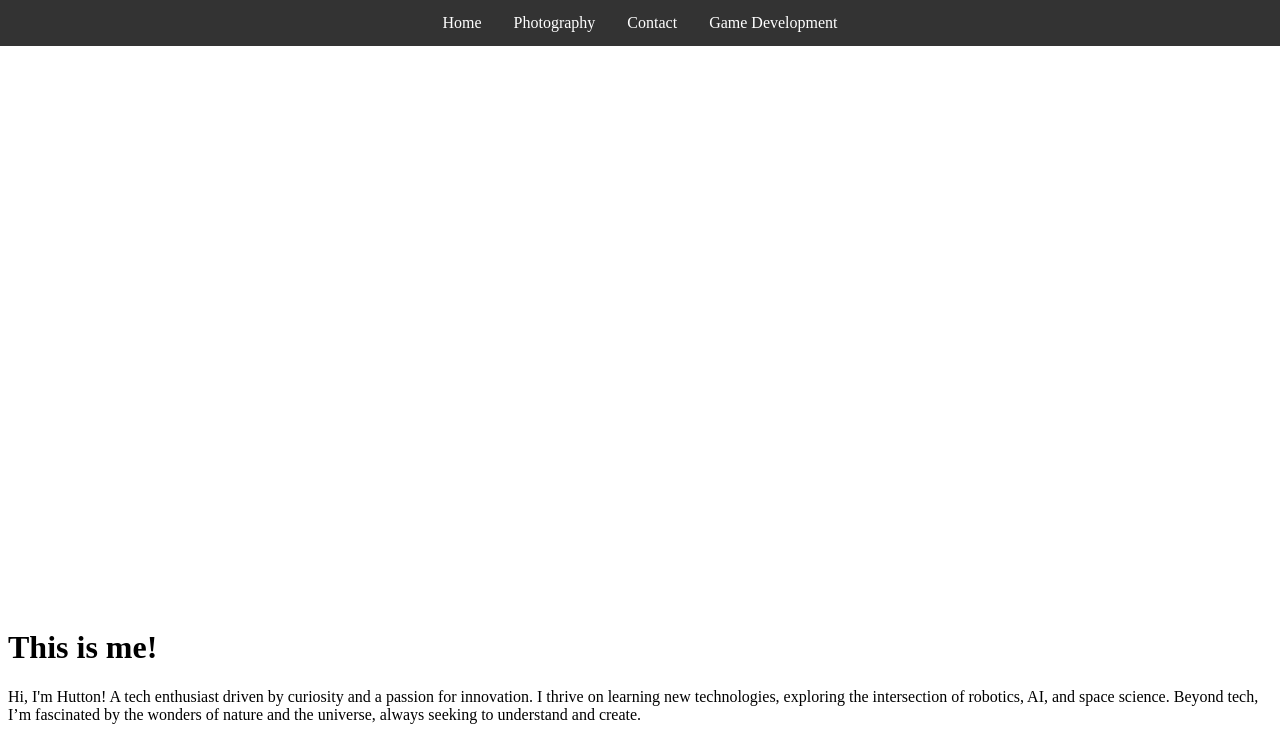
Repository: Argivist/ArgPortfolio
Page: index.html
The author's editor kept a copy of each file at every save. The page is drawn from the files as they stood at one save, then again after the next save.
The browser window is 1280 px wide. The pictures show the whole page.

Above is the page before, as saved 2025-03-28 15:12:07.

### index.html
<!DOCTYPE html>
<html lang="en">

<head>
    <meta charset="UTF-8">
    <meta name="viewport" content="width=device-width, initial-scale=1.0">
    <link rel="stylesheet" href="css/styles.css">
    <link rel="stylesheet" href="css/nav.css">

    <title>Hutton Amison-Addy</title>
</head>

<body>
    <nav>
        <ul>
            <li class="nav-content"><a href="index.html">Home</a></li>
            <li class="nav-content"><a href="https://www.instagram.com/theworldinoneseye/">Photography</a></li>

            <li class="dropdown nav-content">
                <a href="contact.html">Contact</a>
                <ul class="dropdown-content">
                    <li><a href="https://www.linkedin.com/in/hutton-amison-addy-7b1b3b1b1/">LinkedIn</a></li>
                    <li><a href="https://www.github.com/Argivist">GitHub</a></li>
                    <li><a href="mailto:hutton.amison@ashesi.edu.gh">hutton.amison@ashesi.edu.gh</a></li>
                    <li><a href="mailto:huttonaaddy.public@gmail.com">huttonaaddy.public@gmail.com</a></li>
                </ul>
            </li>

            <li class="dropdown nav-content">
                <a href="#">Game Development</a>
                <ul class="dropdown-content">
                    <li><a href="game/index.html">Game Development Projects</a></li>
                    <li><a href="blender/index.html">Blender</a></li>
                </ul>
            </li>
        </ul>
    </nav>
    <div class="padding">
    </div>
        <div>
            <h1>This is me!</h1>
            <p class="desc">
                Hi, I'm Hutton! A tech enthusiast driven by curiosity and a passion for innovation. I thrive on learning new technologies, exploring the intersection of robotics, AI, and space science. Beyond tech, I’m fascinated by the wonders of nature and the universe, always seeking to understand and create.
            </p>
        </div>



</body>

</html>

### css/nav.css
/* NAV Content and Dropdown */
.nav-content {
    position: relative;
    display: inline-block;
}

.dropdown {
    position: relative; /* For proper absolute positioning of its child */
    display: inline-block;
}

.dropdown:hover .dropdown-content {
    display: block;
}

.dropdown-content {
    display: none;
    position: absolute; /* This makes it overlay other elements without affecting layout */
    background-color: #f9f9f9;
    min-width: 160px;
    box-shadow: 0px 8px 16px 0px rgba(0,0,0,0.2);
    z-index: 1;
}

/* Nav Stylisation */
nav {
    background-color: #333;
    position: fixed;
    top: 0;
    left: 0;
    width: 100vw;
    z-index: 100;
    display: flex;
    justify-content: center;  /* Centers the nav content horizontally */
    align-items: center;      /* Vertically centers items */
    margin: 0;
}

/* Reserve space for the fixed navbar */
.padding {
    height: 600px;  /* Adjust this value to match your navbar's height */
}

/* Nav List Styles */
nav ul {
    list-style-type: none;
    margin: 0;
    padding: 0;
    display: flex;
}

nav ul li {
    display: inline-block;
    margin: 0;
    text-align: center;
}

/* Nav Links */
nav ul li a {
    display: block;
    color: white;
    text-align: center;
    padding: 14px 16px;
    text-decoration: none;
}

nav ul li a:hover {
    background-color: #111;
}

/* Optional: Ensure dropdown list items take full width */
.dropdown ul li {
    width: 100%;
}

Loaded but not shown: css/styles.css (no stored copy; drawn as an empty file)

After the next save:
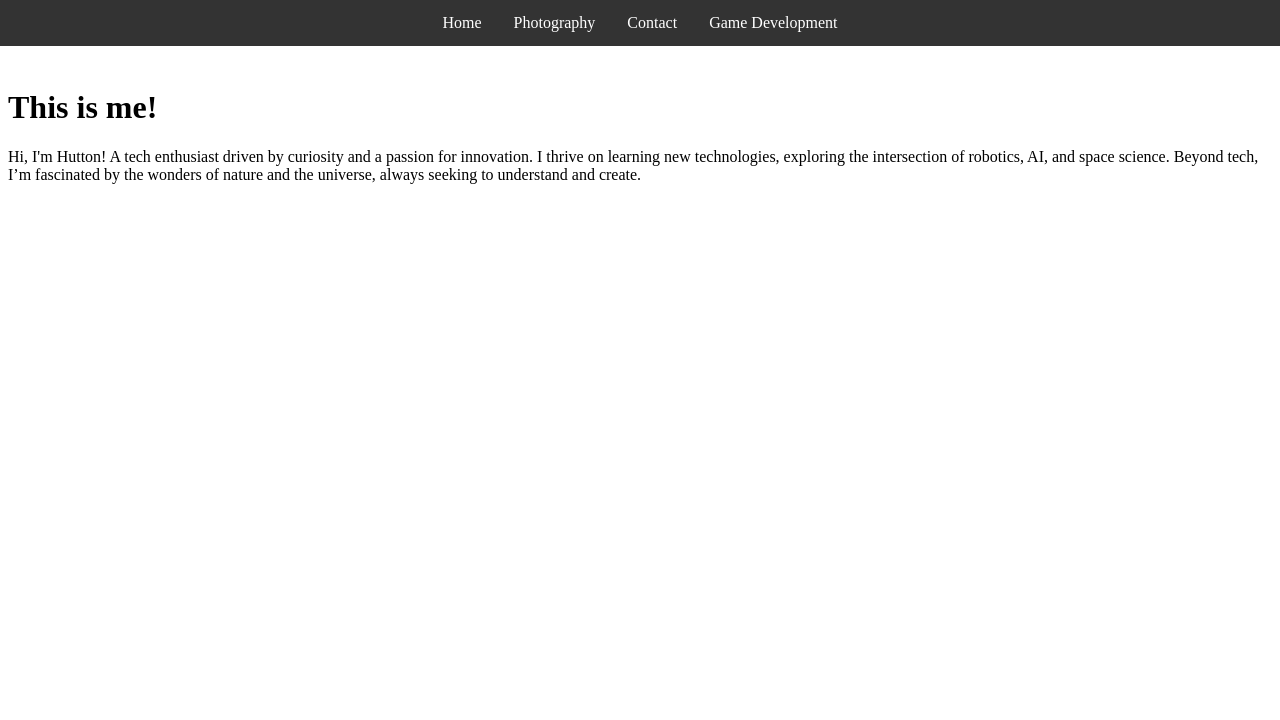
Saved 25 s later.
--- a/css/nav.css
+++ b/css/nav.css
@@ -38,7 +38,11 @@ nav {
 
 /* Reserve space for the fixed navbar */
 .padding {
-    height: 600px;  /* Adjust this value to match your navbar's height */
+    height: 60px;  /* Adjust this value to match your navbar's height */
+    top: 0;
+    left: 0;
+    width: 100%;
+    bottom: 0;
 }
 
 /* Nav List Styles */
